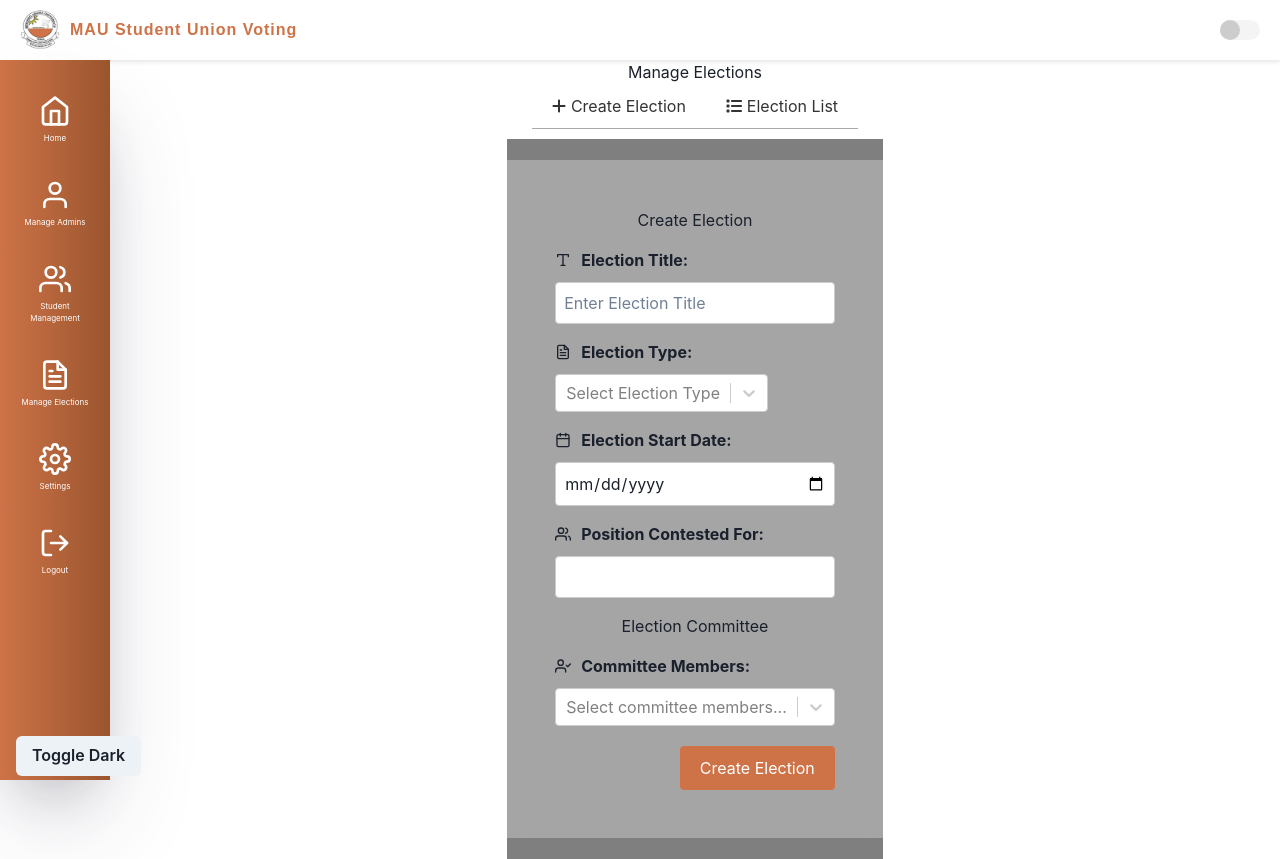
Repository: joena1o/e-vote
Page: /admin-dashboard/manage-elections
The author's editor kept a copy of each file at every save. The page is drawn from the files as they stood at one save, then again after the next save.
The browser window is 1280 px wide. The pictures show the whole page.
The project was rebuilt for these pictures with package versions that can differ from the ones it lists, and the page was loaded fresh each time. Also part of the build but not shown: src/components/EnhancedLogin.js, src/components/maincontent/RegisterStudents/ManageStudents.js, src/components/maincontent/RegisterStudents/RegisterStudents.js, src/components/maincontent/RegisterStudents/StudentManagement.js, src/components/maincontent/ElectionResults/ViewResults.js, src/components/maincontent/Settings/Settings.js, src/api/index.js, src/components/maincontent/home/Home.styles.js and 5 more.

Above is the page before, as saved 2023-10-20 13:14:21.

After the next save:
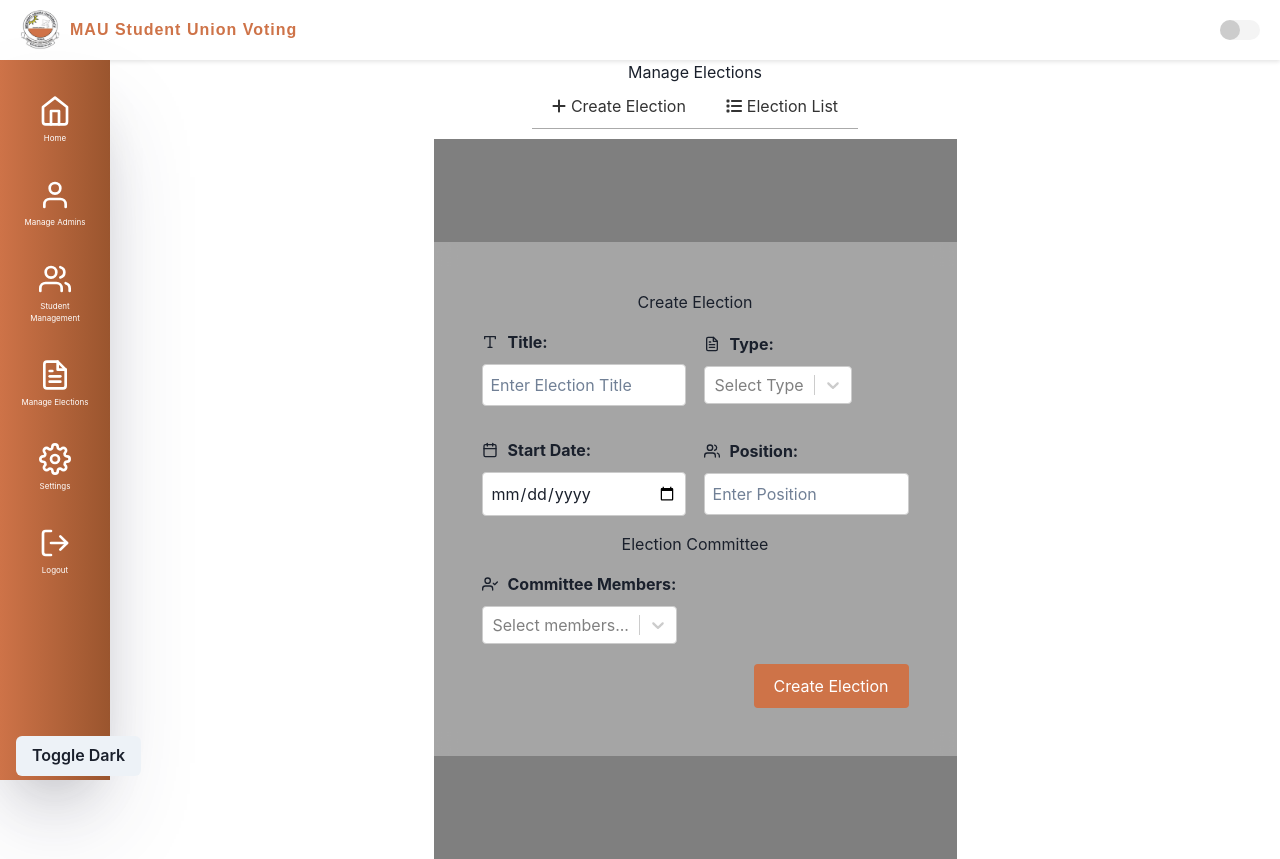
Saved 35 s later.
--- a/src/components/maincontent/ManageElections/CreateElection.js
+++ b/src/components/maincontent/ManageElections/CreateElection.js
@@ -83,66 +83,75 @@ const CreateElection = () => {
 
   return (
     <FormContainer>
-    <Form>
-      <h2>Create Election</h2>
-      <FormField>
-        <FormLabel htmlFor="electionTitle">
-          <FiType />
-          Election Title:
-        </FormLabel>
-        <FormInput id="electionTitle" name="electionTitle" type="text" placeholder="Enter Election Title" />
-      </FormField>
-      <FormField>
-        <FormLabel htmlFor="electionType">
-          <FiFileText />
-          Election Type:
-        </FormLabel>
-        <Select
-            id="electionType"
-            options={electionTypeOptions}
-            onChange={(option) => setElectionType(option.value)}
-            placeholder="Select Election Type"
-        />
-      </FormField>
-      {(electionType === 'faculty' || electionType === 'department') && (
+      <Form>
+        <h2>Create Election</h2>
+
+        <Row>
+          <HalfWidthField>
+            <FormLabel htmlFor="electionTitle">
+              <FiType />
+              Title:
+            </FormLabel>
+            <FormInput id="electionTitle" name="electionTitle" type="text" placeholder="Enter Election Title" />
+          </HalfWidthField>
+          <HalfWidthField>
+            <FormLabel htmlFor="electionType">
+              <FiFileText />
+              Type:
+            </FormLabel>
+            <Select
+              id="electionType"
+              options={electionTypeOptions}
+              onChange={(option) => setElectionType(option.value)}
+              placeholder="Select Type"
+            />
+          </HalfWidthField>
+        </Row>
+
+        {(electionType === 'faculty' || electionType === 'department') && (
+          <FormField>
+            <FormLabel htmlFor="name">
+              <FiClipboard />
+              {electionType.charAt(0).toUpperCase() + electionType.slice(1)} Name:
+            </FormLabel>
+            <FormInput id="name" name="name" type="text" />
+          </FormField>
+        )}
+
+        <Row>
+          <HalfWidthField>
+            <FormLabel htmlFor="startDate">
+              <FiCalendar />
+              Start Date:
+            </FormLabel>
+            <FormInput id="startDate" name="startDate" type="date" />
+          </HalfWidthField>
+          <HalfWidthField>
+            <FormLabel htmlFor="position">
+              <FiUsers />
+              Position:
+            </FormLabel>
+            <FormInput id="position" name="position" type="text" placeholder="Enter Position" />
+          </HalfWidthField>
+        </Row>
+
+        <h3>Election Committee</h3>
         <FormField>
-          <FormLabel htmlFor="name">
-            <FiClipboard />
-            {electionType.charAt(0).toUpperCase() + electionType.slice(1)} Name:
+          <FormLabel>
+            <FiUserCheck />
+            Committee Members:
           </FormLabel>
-          <FormInput id="name" name="name" type="text" />
+          <Select
+            isMulti
+            options={students}
+            onChange={setSelectedCommittee}
+            placeholder="Select members..."
+          />
         </FormField>
-      )}
-      <FormField>
-          <FormLabel htmlFor="startDate">
-            <FiCalendar />
-            Election Start Date:
-          </FormLabel>
-          <FormInput id="startDate" name="startDate" type="date" />
-      </FormField>
-      <FormField>
-        <FormLabel htmlFor="position">
-          <FiUsers />
-          Position Contested For:
-        </FormLabel>
-        <FormInput id="position" name="position" type="text" />
-      </FormField>
-      <h3>Election Committee</h3>
-      <FormField>
-        <FormLabel>
-          <FiUserCheck />
-          Committee Members:
-        </FormLabel>
-        <Select
-          isMulti
-          options={students}
-          onChange={setSelectedCommittee}
-          placeholder="Select committee members..."
-        />
-      </FormField>
-      <SubmitButton>Create Election</SubmitButton>
-    </Form>
-     </FormContainer>
+
+        <SubmitButton>Create Election</SubmitButton>
+      </Form>
+    </FormContainer>
   );
 };
 
